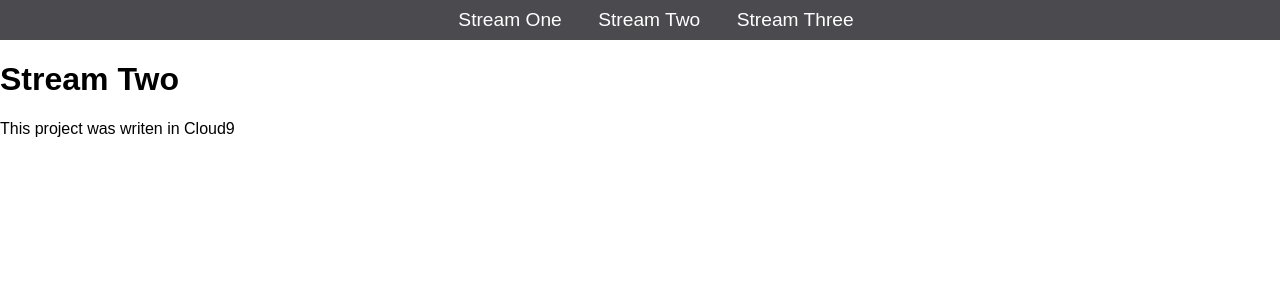
Repository: MariaPSegarra/my-fist-website
Page: stream-two.html
The author's editor kept a record of every edit. The page is drawn from the files as they stood at one moment, then again after the next edit.
The browser window is 1280 px wide. The pictures show the whole page.

Above is the page before.

### stream-two.html
<!DOCTYPE html>
<html>
    <head>
        <title>Stream Two</title>
         <link rel="stylesheet" href="CSS/style.css" type="text/css" />
    </head>
    <body>
        <nav>
            <ul>
                <li><a href="stream-one.html">Stream One</a></li>
                <li><a href="stream-two.html">Stream Two</a></li>
                <li><a href="stream-three.html">Stream Three</a></li>
            </ul>
        </nav>
        <h1>Stream Two</h1>
        <p>This project was writen in Cloud9</p>
    </body>
</html>

### CSS/style.css
body{
    margin: 0;
    padding: 0;
    font-family: "Oswald", sans-serif;
}

nav ul {
    list-style: none;
    background-color: #4a4a4f;
    text-align: center;
     margin: 0;
    padding: 0;
}

nav li {
    font-size: 1.2em;
    line-height: 40px;
    height: 40px;
    display: inline-block;
    margin-left: 2.5%;
}

nav a {
    text-decoration: none;
    color: #ffffff;
    display: block;
}

nav a:hover {
    background-color: #ffffff;
    color: #4a4a4f;
}

After the next edit:
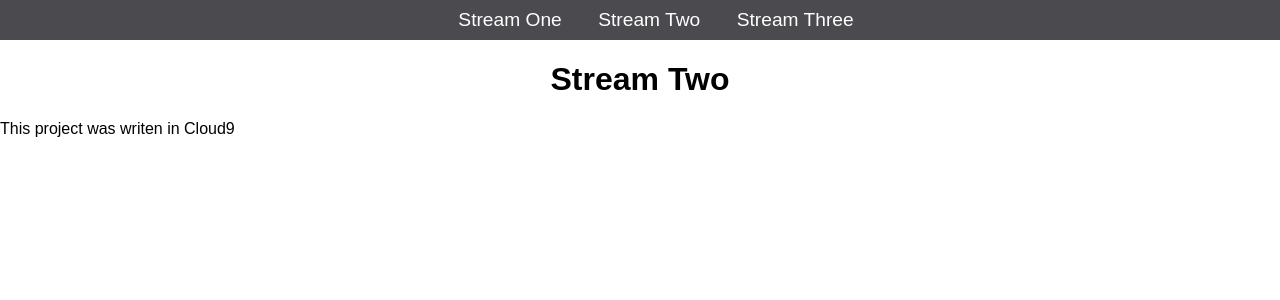
The edit:
--- a/CSS/style.css
+++ b/CSS/style.css
@@ -30,3 +30,25 @@ nav a:hover {
     background-color: #ffffff;
     color: #4a4a4f;
 }
+
+.card {
+    float:left;
+    width: 20%;
+    margin-left: 10%;
+
+}
+
+.card a {
+    text-align: center;
+
+}
+
+img {
+    width: 100%;
+
+}
+
+h1 {
+    text-align: center;
+
+}
